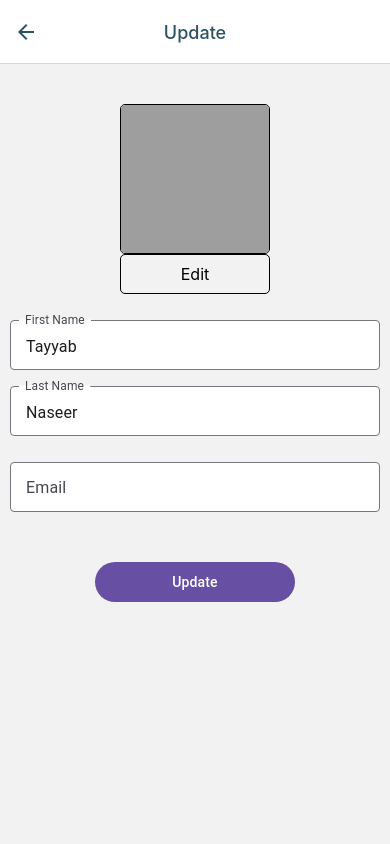
Repository: SaudCh/Expo-Pethub
Screen: /UpdateProfile
These files come from the project's save history. The screen is drawn as it stood at one moment and after the next save; the edit follows.
Pictures or frames that could not be fetched are drawn as grey boxes. The app was drawn by React Native's web renderer in a window 390 px wide. The project was rebuilt for these pictures with package versions that can differ from the ones it lists, and the page was loaded fresh each time. Also part of the build but not shown: Screens/Signup.js, Screens/Home.js, Screens/Profile.js, Components/Avatar.js.

Above is the screen before, as saved 2022-11-15 00:41:20.

After the next save:
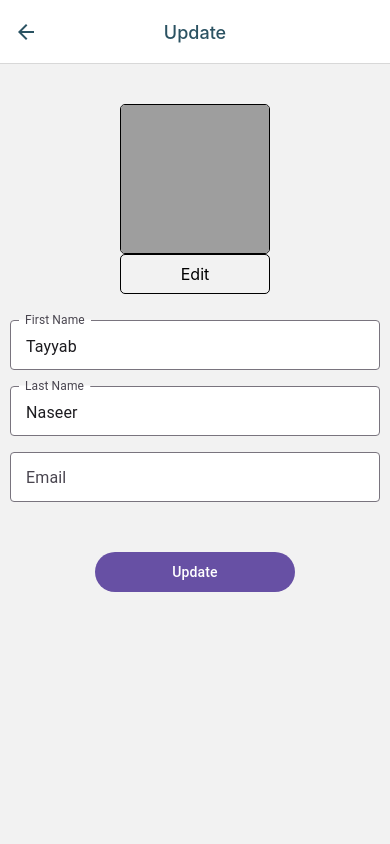
Saved 6 s later.
--- a/Screens/UpdateProfile.js
+++ b/Screens/UpdateProfile.js
@@ -51,7 +51,7 @@ export default function Profile() {
                     label="Email"
                     value=""
                     mode="outlined"
-                    style={{ backgroundColor: 'white', marginTop: 20 }}
+                    style={{ backgroundColor: 'white', marginTop: 10 }}
                 />
 
 
